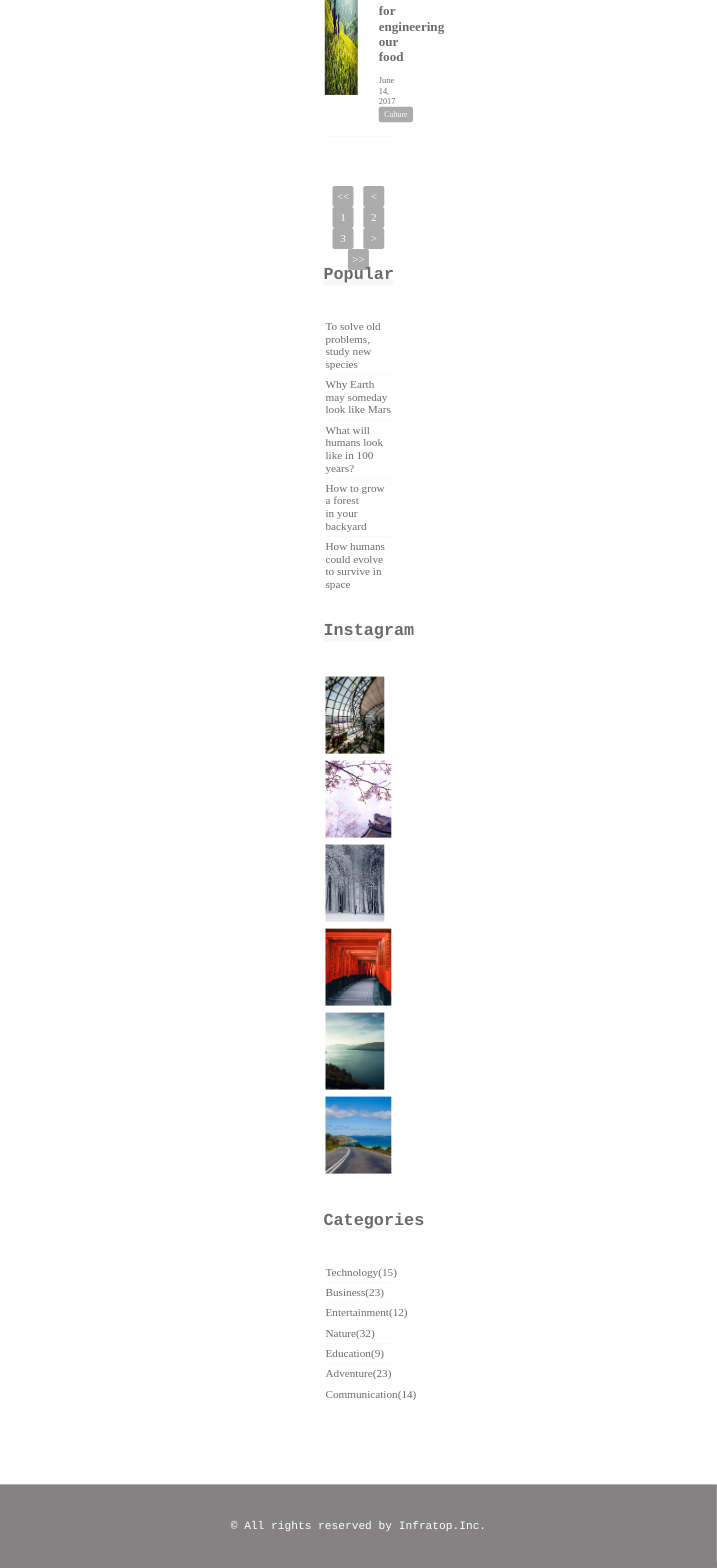
Repository: pureforest/html
Page: caravan/index.html
The author's editor kept a record of every edit. The page is drawn from the files as they stood at one moment, then again after the next edit.
The browser window is 1024 px wide. The pictures show the part of the page from y = 1762 to 4002 px (the page is 4002 px tall before and 3613 px after), at 70% of full size.
Some web libraries are served in a nearby version.

Above is the page before.

After the next edit:
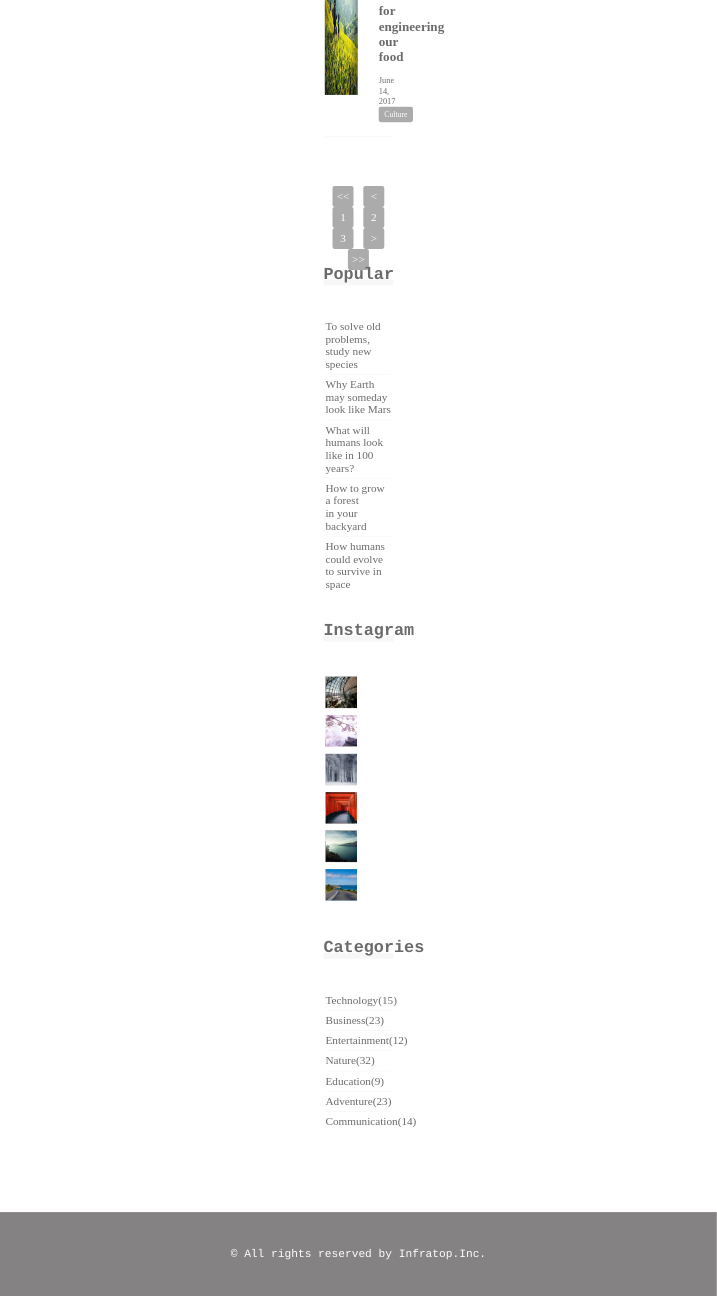
The edit:
--- a/caravan/style.css
+++ b/caravan/style.css
@@ -279,11 +279,8 @@
 }
 
 .instagram-box {
-  width: 110px;
-  padding-top: 110px;
-  background-size: cover;
-  background-position: center;
-  margin-bottom: 10px;
+  width: 48%;
+  padding-top: 48%;
 }
 
 .instagram-box:nth-child(odd) {
